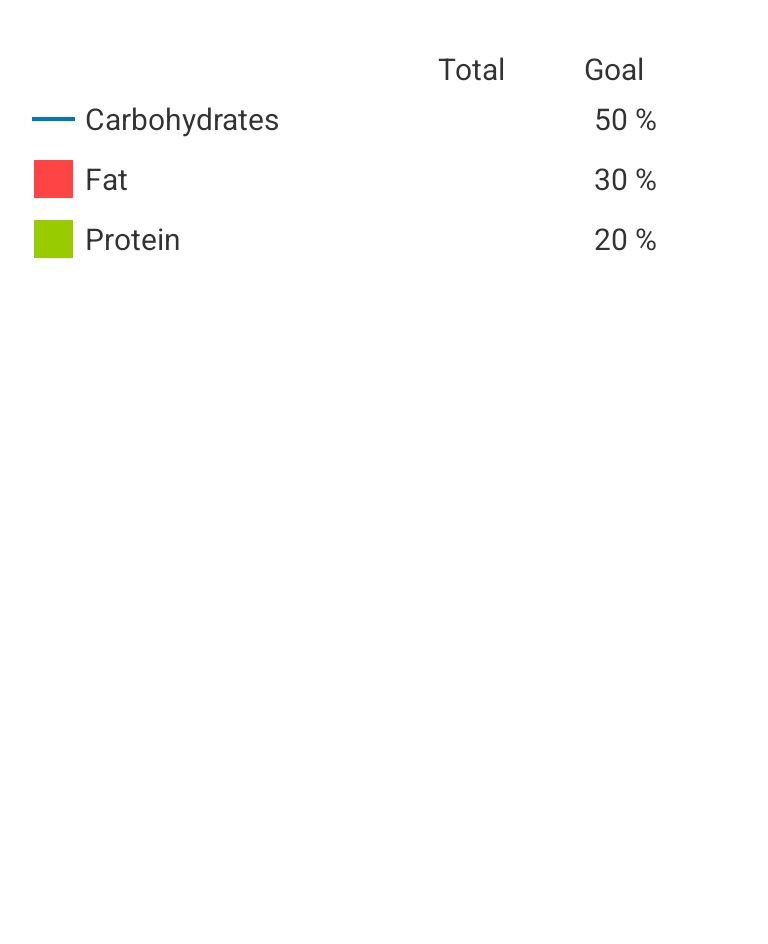
Repository: JieD/nutriy
Layout: NutriY/res/layout/fragment_nutrition_chart.xml
The author's editor kept a copy of each file at every save. The layout is drawn from the files as they stood at one save, then again after the next save.
The pictures show rows 336 to 1280 of an output 1280 px tall.
It is drawn on a 768 x 1280 px phone screen (xhdpi) without system bars, with theme AppTheme; the app's code is not run.

Above is the layout before, as saved 2014-05-11 05:48:02.

### NutriY/res/layout/fragment_nutrition_chart.xml
<?xml version="1.0" encoding="utf-8"?>
<RelativeLayout xmlns:android="http://schemas.android.com/apk/res/android"
    xmlns:piechart="http://schemas.android.com/apk/res/sfsu.csc780.jied.nutriy"
    android:layout_width="match_parent"
    android:layout_height="match_parent" >

	 <sfsu.csc780.jied.nutriy.PieChart
	     android:id="@+id/piechart"
	     android:layout_width="match_parent"
	     android:layout_height="160dp"
	     android:layout_centerHorizontal="true"
	     android:layout_marginLeft="@dimen/small_horizontal_margin"
         android:layout_marginRight="@dimen/small_horizontal_margin"
         android:layout_marginTop="@dimen/small_vertical_margin"
         android:layout_marginBottom="@dimen/small_vertical_margin"
         android:paddingTop="@dimen/medium_padding"
         android:paddingBottom="@dimen/medium_padding"

	     piechart:showChart="true"
	     piechart:textColor="@color/white"
	     piechart:emptyPieColor="@color/empty_pie_blue"
	     piechart:carbSliceColor="@color/pie_blue"
	     piechart:fatSliceColor="@color/pie_red"
	     piechart:proteinSliceColor="@color/pie_green"
	     piechart:carbPercentage="50"
	     piechart:fatPercentage="30"
	     piechart:proteinPercentage="20"
	     />

	 <TableLayout
	     android:id="@+id/piechart_table"
	     android:layout_below="@id/piechart"
	     android:layout_width="match_parent" android:layout_height="wrap_content"
	     android:layout_marginLeft="@dimen/activity_horizontal_margin"
         android:layout_marginRight="@dimen/activity_horizontal_margin"
         android:layout_marginTop="@dimen/activity_vertical_margin"
         android:layout_marginBottom="@dimen/activity_vertical_margin">

	     <TableRow>
	         <TextView
                 android:layout_weight="1" />
             <TextView
                 android:layout_weight="4" />
             <TextView
                 android:layout_weight="2"
                 android:text="@string/total"
                 android:textSize="@dimen/medium_text_size" />
             <TextView
                 android:layout_weight="2"
                 android:text="@string/goal"
                 android:textSize="@dimen/medium_text_size" />
	     </TableRow>

	     <TableRow
	         android:minHeight="@dimen/medium_entry_height">
	         <TextView
	             android:layout_width="2dp" android:layout_height="2dp"
                 android:layout_weight="1" android:layout_gravity="center_vertical"
                 android:background= "@drawable/carb_pie_color_box"/>
             <TextView
                 android:layout_weight="4" android:layout_gravity="center"
                 android:paddingLeft="@dimen/small_padding"
                 android:text="@string/Carbohydrates" android:textSize="@dimen/medium_text_size"/>
             <TextView
                 android:id="@+id/carb_percentage"
                 android:layout_weight="2" android:layout_gravity="center_vertical"
                 android:paddingLeft="@dimen/small_padding" android:text=""
                 android:textSize="@dimen/medium_text_size" />
             <TextView
                 android:layout_weight="2" android:layout_gravity="center_vertical"
                 android:paddingLeft="@dimen/small_padding" android:text="@string/carbs_goal"
                 android:textSize="@dimen/medium_text_size" />
	     </TableRow>

	     <TableRow
	         android:minHeight="@dimen/medium_entry_height">
	         <TextView
                 android:layout_weight="1" android:layout_gravity="center"
                 android:background= "@drawable/fat_pie_color_box"/>
             <TextView
                 android:layout_weight="4" android:layout_gravity="center_vertical"
                 android:paddingLeft="@dimen/small_padding" android:text="@string/Fat"
                 android:textSize="@dimen/medium_text_size" />
             <TextView
                 android:id="@+id/fat_percentage"
                 android:layout_weight="2" android:layout_gravity="center_vertical"
                 android:paddingLeft="@dimen/small_padding" android:text=""
                 android:textSize="@dimen/medium_text_size" />
             <TextView
                 android:layout_weight="2" android:layout_gravity="center_vertical"
                 android:paddingLeft="@dimen/small_padding" android:text="@string/fat_goal"
                 android:textSize="@dimen/medium_text_size" />
	     </TableRow>

	     <TableRow
	         android:minHeight="@dimen/medium_entry_height">
	         <TextView
                 android:layout_weight="1" android:layout_gravity="center"
                 android:background= "@drawable/protein_pie_color_box"/>
             <TextView
                 android:layout_weight="4" android:layout_gravity="center_vertical"
                 android:paddingLeft="@dimen/small_padding" android:text="@string/Protein"
                 android:textSize="@dimen/medium_text_size"/>
             <TextView
                 android:id="@+id/protein_percentage"
                 android:layout_weight="2" android:layout_gravity="center_vertical"
                 android:paddingLeft="@dimen/small_padding" android:text=""
                 android:textSize="@dimen/medium_text_size" />
             <TextView
                 android:layout_weight="2" android:layout_gravity="center_vertical"
                 android:paddingLeft="@dimen/small_padding" android:text="@string/protein_goal"
                 android:textSize="@dimen/medium_text_size" />
	     </TableRow>

	 </TableLayout>

</RelativeLayout>

### NutriY/res/values/colors.xml
<?xml version="1.0" encoding="utf-8"?>
<resources>
    <color name="white">#FFFFFFFF</color>
    <color name="my_green">#FF00BE00</color>
    <color name="my_red">#FFFF0000</color>
    <color name="my_blue">#FF0078BE</color>
    <color name="light_blue">#FFE1EEFF</color>
    <color name="low_light_gray">#FFFAFAFA</color>
    <color name="mid_light_gray">#FFEEEEEE</color>
    <color name="text_gray">#FFAAAAAA</color>
    <color name="empty_pie_blue">#FF8FCEFF</color>
    <color name="pie_blue">#FF0078BE</color>
    <color name="pie_red">#FFFF4444</color>
    <color name="pie_green">#FF99CC00</color>
</resources>

### NutriY/res/values/dimens.xml
<resources>

    <!-- Default screen margins, per the Android Design guidelines. -->
    <dimen name="activity_horizontal_margin">16dp</dimen>
    <dimen name="activity_vertical_margin">16dp</dimen>
    <dimen name="small_horizontal_margin">8dp</dimen>
    <dimen name="small_vertical_margin">8dp</dimen>

    <dimen name="small_padding">5dp</dimen>
    <dimen name="medium_padding">8dp</dimen>
    <dimen name="large_padding">10dp</dimen>
    <dimen name="extra_large_padding">12dp</dimen>
    <dimen name="navigation_item_padding">20dp</dimen>

    <dimen name="extra_small_text_size">10sp</dimen>
    <dimen name="small_text_size">12sp</dimen>
    <dimen name="medium_text_size">15sp</dimen>
    <dimen name="medium_large_text_size">18sp</dimen>
    <dimen name="large_text_size">20sp</dimen>
    <dimen name="extra_large_text_size">40sp</dimen>

    <dimen name="large_entry_height">50dp</dimen>
    <dimen name="medium_large_entry_height">35dp</dimen>
    <dimen name="medium_entry_height">30dp</dimen>
    <dimen name="small_entry_height">25dp</dimen>
    <dimen name="table_entry_height">20dp</dimen>

    <dimen name="drawer_width">240dp</dimen>
</resources>

### NutriY/res/values/strings.xml
<?xml version="1.0" encoding="utf-8"?>
<resources>

    <string name="app_name">NutriY</string>
    <string name="action_settings">Settings</string>

    <string name="date">Today</string>
    <string name="calories_remaining_number">1200</string>
    <string name="calories_remaining">CALORIES REMAINING</string>
    <string name="add_to_diary">Add to Diary</string>
    <string name="goal_calorie_number">1200</string>
    <string name="food_calorie_number">+ 0</string>
    <string name="exercise_calorie_number">- 0</string>
    <string name="net_calorie_number">0</string>
    <string name="uc_goal">GOAL</string>
    <string name="uc_food">FOOD</string>
    <string name="uc_exercise">EXERCISE</string>
    <string name="uc_net">NET</string>
    <string name="goal">Goal</string>
    <string name="total">Total</string>
    <string name="left">Left</string>
    <string name="daily_summary">DAILY SUMMARY</string>
    <string name="total_fat">Total Fat (g)</string>
    <string name="saturated_fat">Saturated (g)</string>
    <string name="trans_fat">Trans (g)</string>
    <string name="cholesterol">Cholesterol (mg)</string>
    <string name="sodium">Sodium (mg)</string>
    <string name="potassium">Potassium (mg)</string>
    <string name="total_carbs">Total Carbs (g)</string>
    <string name="fiber">Dietary Fiber (g)</string>
    <string name="sugar">Sugars (g)</string>
    <string name="protein">Protein (g)</string>
    <string name="vit_A">Vitamin A</string>
    <string name="vit_C">Vitamin C</string>
    <string name="calcium">Calcium</string>
    <string name="iron">Iron</string>
    <string name="default_number">0</string>
    <string name="meals">MEALS</string>
    <string name="water_upcase">WATER</string>
    <string name="notes">NOTES</string>
    <string name="breakfast">Breakfast</string>
    <string name="lunch">Lunch</string>
    <string name="dinner">Dinner</string>
    <string name="snacks">Snacks</string>
    <string name="cardiovascular">Cardiovascular</string>
    <string name="strength">Strength</string>
    <string name="water">Water</string>
    <string name="food_notes">Food Notes</string>
    <string name="exercise_notes">Exercise Notes</string>

    <string-array name="navigations_array">
        <item>Home</item>
        <item>Diary</item>
        <item>Nutrition</item>
        <item>Progress</item>
        <item>Goals</item>
        <item>Settings</item>
    </string-array>

    <string name="drawer_open">Open Drawer</string>
    <string name="drawer_close">Close Drawer</string>
    <string name="title_activity_nutrition_page">NutritionPageActivity</string>

    <string name="calorie_breakdown">CALORIE BREAKDOWN</string>
    <string name="Carbohydrates">Carbohydrates</string>
    <string name="Fat">Fat</string>
    <string name="Protein">Protein</string>
    <string name="carbs_goal">50 %</string>
    <string name="fat_goal">30 %</string>
    <string name="protein_goal">20 %</string>


</resources>

### NutriY/res/drawable-mdpi/carb_pie_color_box.xml
<?xml version="1.0" encoding="utf-8"?>
<shape xmlns:android="http://schemas.android.com/apk/res/android" >

    <solid android:color="@color/pie_blue" />

</shape>

### NutriY/res/drawable-mdpi/fat_pie_color_box.xml
<?xml version="1.0" encoding="utf-8"?>
<shape xmlns:android="http://schemas.android.com/apk/res/android" >

    <solid android:color="@color/pie_red" />

</shape>

### NutriY/res/drawable-mdpi/protein_pie_color_box.xml
<?xml version="1.0" encoding="utf-8"?>
<shape xmlns:android="http://schemas.android.com/apk/res/android" >

    <solid android:color="@color/pie_green" />

</shape>

Loaded but not shown: NutriY/res/values/styles.xml (common file); NutriY/res/values-v11/styles.xml (common file); NutriY/res/values-v14/styles.xml (common file); NutriY/res/values-w820dp/dimens.xml (common file)

After the next save:
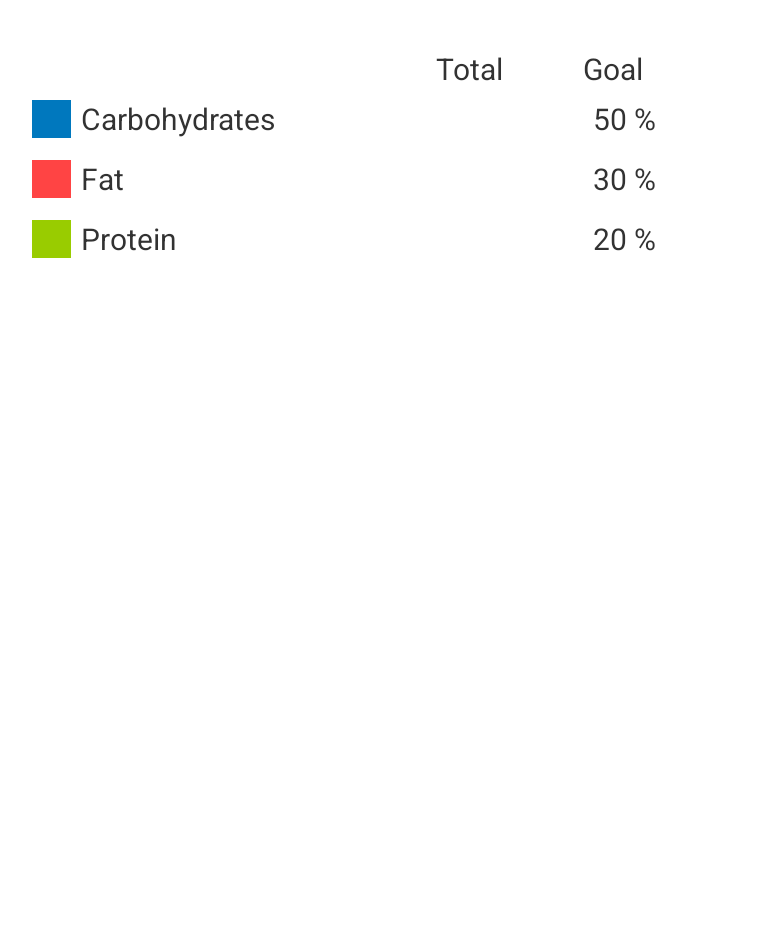
Saved 111 s later.
--- a/NutriY/res/layout/fragment_nutrition_chart.xml
+++ b/NutriY/res/layout/fragment_nutrition_chart.xml
@@ -54,7 +54,6 @@
 	     <TableRow
 	         android:minHeight="@dimen/medium_entry_height">
 	         <TextView
-	             android:layout_width="2dp" android:layout_height="2dp"
                  android:layout_weight="1" android:layout_gravity="center_vertical"
                  android:background= "@drawable/carb_pie_color_box"/>
              <TextView
